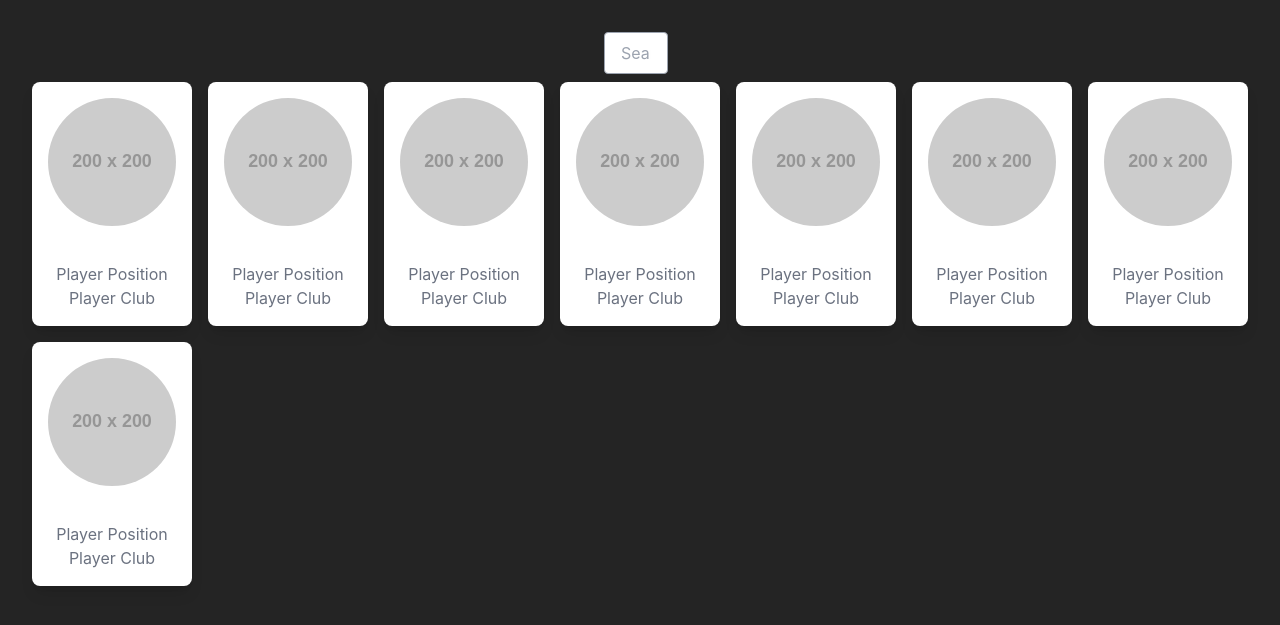
Repository: Hadra92i/movies-search-app
Page: /
The author's editor kept a copy of each file at every save. The page is drawn from the files as they stood at one save, then again after a run of saves.
The browser window is 1280 px wide. The pictures show the whole page.
The project was rebuilt for these pictures with package versions that can differ from the ones it lists, and the page was loaded fresh each time. Also part of the build but not shown: vite.config.js.

Above is the page before, as saved 2023-11-01 12:00:33.

After the next 3 saves:
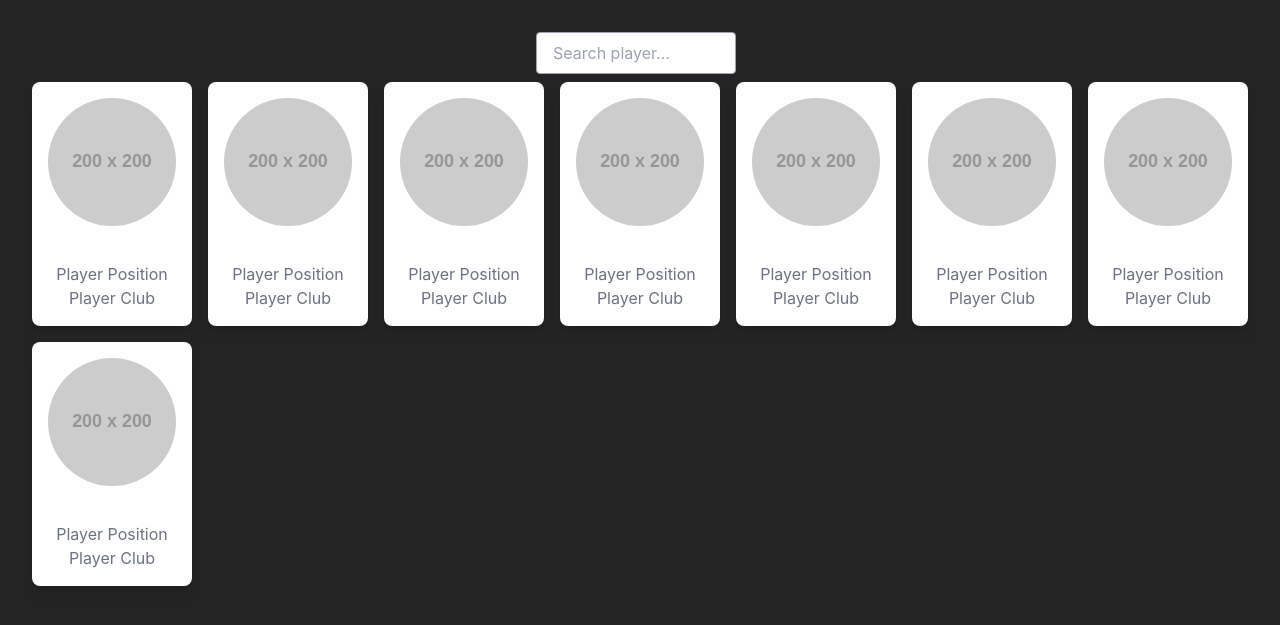
The 3 saves are shown as one change because they came seconds apart.
The last was saved 8 s later.
--- a/src/components/player/Players.jsx
+++ b/src/components/player/Players.jsx
@@ -34,7 +34,7 @@ const Players = () => {
                     placeholder="Search player..."
                     value={searchTerm}
                     onChange={handleSearch}
-                    className="border border-gray-400 rounded py-2 px-4 mr-2 w-16"
+                    className="border border-gray-400 rounded py-2 px-4 mr-2 w-[200px]"
                 />
             </div>
             <div className="flex justify-between items-center flex-wrap">
